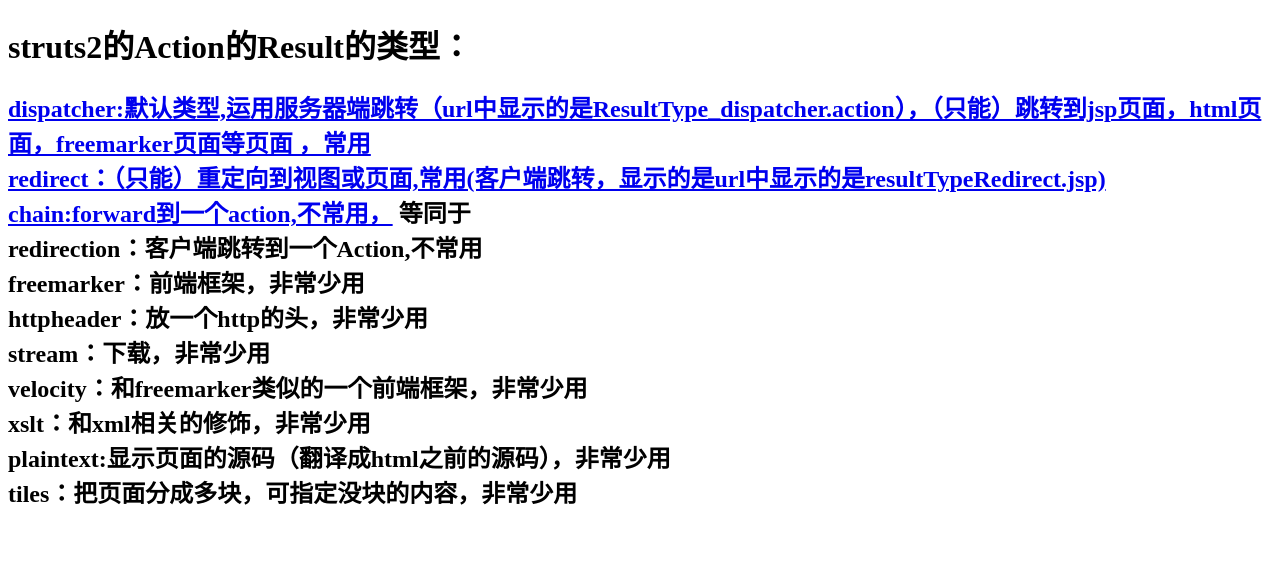
Repository: fupq/fpqStruts2
Page: http://localhost/struts206DataCheck20181016/resultType.jsp
These files come from the project's save history. The page is drawn as it stood at one moment and after the next save; the edit follows.
The browser window is 1280 px wide. The pictures show the whole page.
The page is served by Tomcat 9. Nobody is signed in. The application's start-up code is not run. Other server files are loaded and not shown.

Above is the page before, as saved 2018-10-22 17:26:12.

### struts206DataCheck20181016/WebRoot/resultType.jsp
<%@ page language="java" contentType="text/html; charset=GB18030"
    pageEncoding="GB18030"%>
<!DOCTYPE html>
<html>
<head>
<meta charset="GB18030">
<title>resultType</title>
</head>
<body>
	<h1>struts2的Action的Result的类型：</h1>
	<h2>
		<a href="http://localhost:8080/struts206DataCheck20181016/resultType/ResultType_dispatcher.action">dispatcher:默认类型,运用服务器端跳转（url中显示的是ResultType_dispatcher.action），（只能）跳转到jsp页面，html页面，freemarker页面等页面	，常用</a><br>
		<a href="http://localhost:8080/struts206DataCheck20181016/resultType/ResultType_redirect.action">redirect：（只能）重定向到视图或页面,常用(客户端跳转，显示的是url中显示的是resultTypeRedirect.jsp)	<br></a>
		<a href="http://localhost:8080/struts206DataCheck20181016/resultType/ResultType_chain.action">chain:forward到一个action,不常用，</a> 等同于<a href="http://localhost:8080/struts206DataCheck20181016/resultType/ResultType_chain.action"></a> <br>
		redirection：客户端跳转到一个Action,不常用<br>
		freemarker：前端框架，非常少用<br>
		httpheader：放一个http的头，非常少用<br>
		stream：下载，非常少用<br>
		velocity：和freemarker类似的一个前端框架，非常少用<br>
		xslt：和xml相关的修饰，非常少用<br>
		plaintext:显示页面的源码（翻译成html之前的源码），非常少用<br>
		tiles：把页面分成多块，可指定没块的内容，非常少用<br>
	</h2>
</body>
</html>

After the next save:
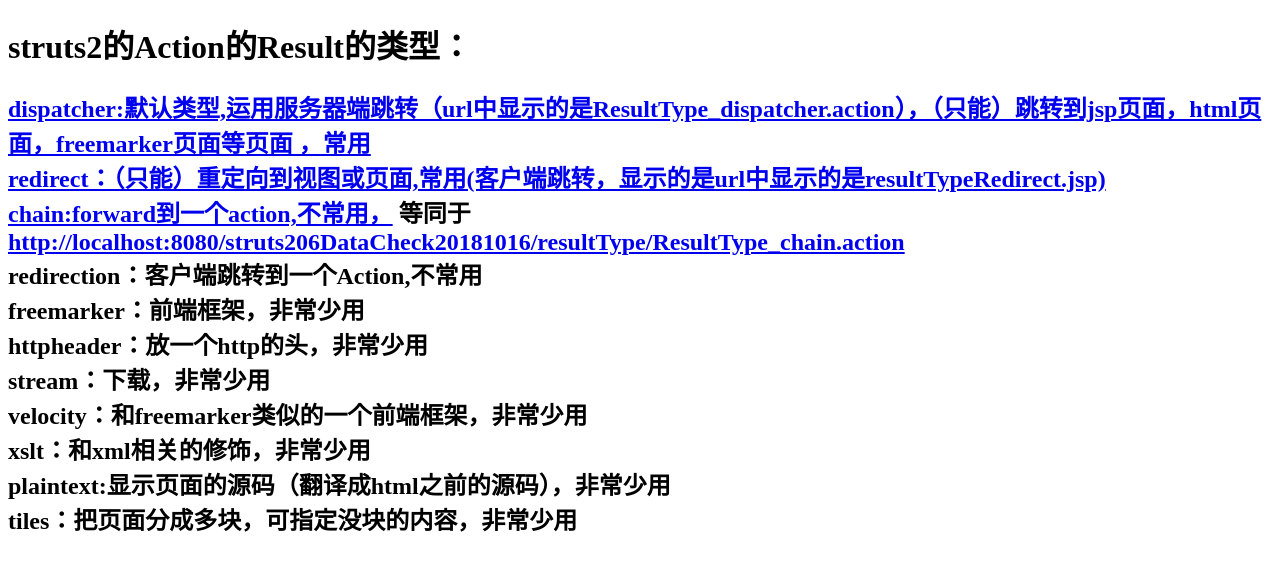
Saved 24 s later.
--- a/struts206DataCheck20181016/WebRoot/resultType.jsp
+++ b/struts206DataCheck20181016/WebRoot/resultType.jsp
@@ -11,7 +11,7 @@
 	<h2>
 		<a href="http://localhost:8080/struts206DataCheck20181016/resultType/ResultType_dispatcher.action">dispatcher:默认类型,运用服务器端跳转（url中显示的是ResultType_dispatcher.action），（只能）跳转到jsp页面，html页面，freemarker页面等页面	，常用</a><br>
 		<a href="http://localhost:8080/struts206DataCheck20181016/resultType/ResultType_redirect.action">redirect：（只能）重定向到视图或页面,常用(客户端跳转，显示的是url中显示的是resultTypeRedirect.jsp)	<br></a>
-		<a href="http://localhost:8080/struts206DataCheck20181016/resultType/ResultType_chain.action">chain:forward到一个action,不常用，</a> 等同于<a href="http://localhost:8080/struts206DataCheck20181016/resultType/ResultType_chain.action"></a> <br>
+		<a href="http://localhost:8080/struts206DataCheck20181016/resultType/ResultType_chain.action">chain:forward到一个action,不常用，</a> 等同于<a href="http://localhost:8080/struts206DataCheck20181016/resultType/ResultType_chain.action">http://localhost:8080/struts206DataCheck20181016/resultType/ResultType_chain.action</a> <br>
 		redirection：客户端跳转到一个Action,不常用<br>
 		freemarker：前端框架，非常少用<br>
 		httpheader：放一个http的头，非常少用<br>
